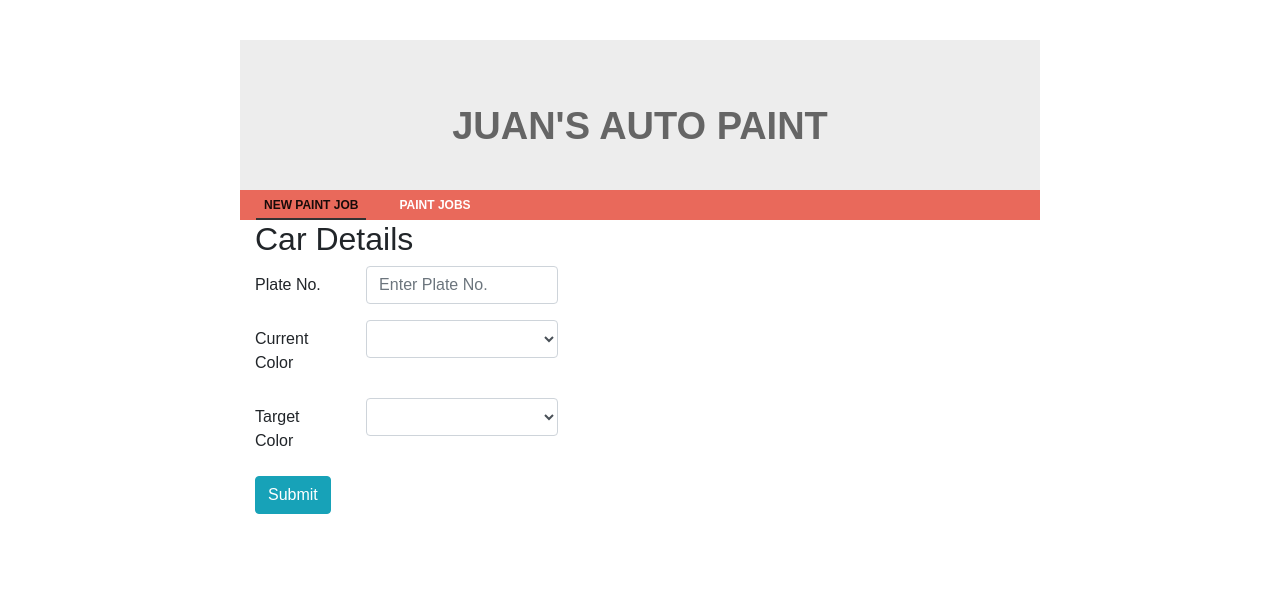
Repository: soycaringal/paint-job
Page: http://localhost/
The author's editor kept a copy of each file at every save. The page is drawn from the files as they stood at one save, then again after the next save.
The browser window is 1280 px wide. The pictures show the whole page.
The page is served by the project's Laravel application, run on PHP 8.4 with Laravel 8. Queries for data that is not in the repository find no rows.

Above is the page before, as saved 2020-02-23 17:27:10.

After the next save:
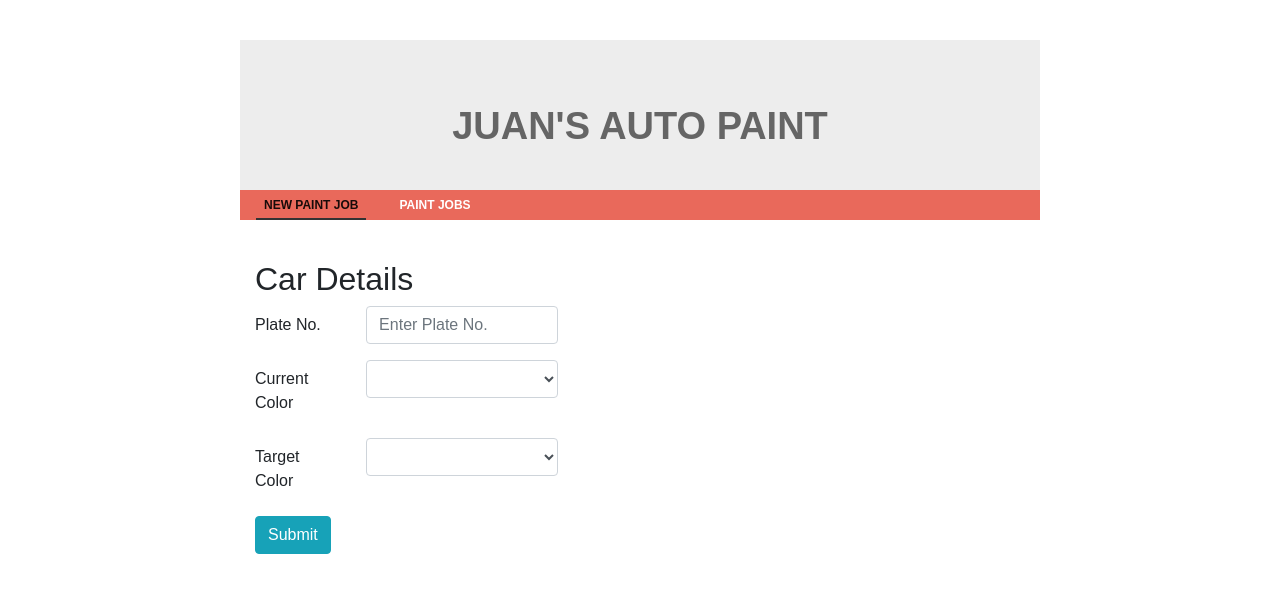
Saved 2 min 37 s later.
--- a/resources/views/home.blade.php
+++ b/resources/views/home.blade.php
@@ -2,6 +2,12 @@
 
 @section('content')
 
+<section class="car-image-content">
+    <figure>
+        <img src="" alt="">
+    </figure>
+
+</section>
 <section class="col-5">
     <h2>Car Details</h2>
     <form action="{{route('car.store')}}" method="post">
